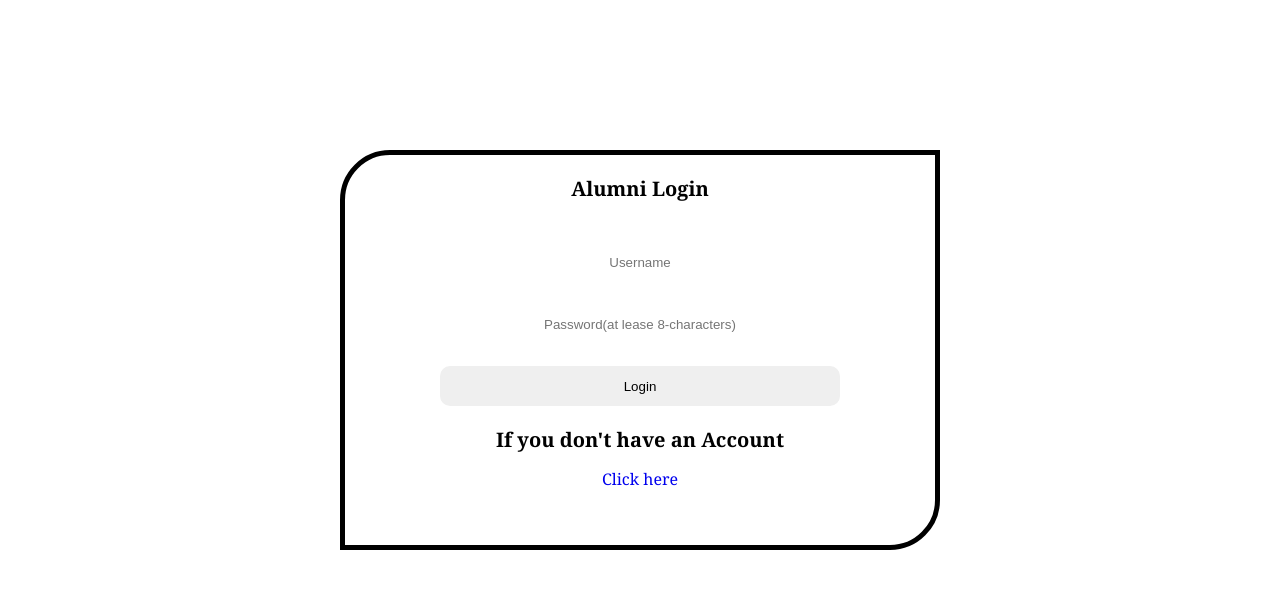
Repository: Shreyash1107/Web_Projects
Page: http://localhost/AlumnieventmanagementApplication/login.jsp
These files come from the project's save history. The page is drawn as it stood at one moment and after the next save; the edit follows.
The browser window is 1280 px wide. The pictures show the whole page.
The page is served by Tomcat 9. Nobody is signed in. The application's start-up code is not run. Other server files are loaded and not shown.

Above is the page before, as saved 2024-07-23 11:21:01.

### AlumnieventmanagementApplication/src/main/webapp/login.jsp
<%@ page language="java" contentType="text/html; charset=ISO-8859-1"
    pageEncoding="ISO-8859-1"%>
<!DOCTYPE html>
<html>
<head>
<meta charset="ISO-8859-1">
<title>Login Page</title>
<link rel='stylesheet' href='CSS/style.css'/>
</head>
<body>
	<center>
		<form name='frm' action='valid' method='GET'>
			<div class='wrapper'>
			<h4>Alumni Login</h4>
					<div class='box'>
						<input type='text' name='Username' value='' placeholder='Username'/></br></br>
						<input type='password' name='Passoword' value='' placeholder='Password(at lease 8-characters)'/></br></br>
						<input type='submit' name='sub' value='Login'/></br>
						<div class='Register'>
							<h4>If you don't have an Account</h4>
						</div>
						<div class='reference'>
							<a href='Register.jsp'>Click here</a>
						</div>
					</div>
			</div>
		</form>
	</center>
</body>
</html>

Loaded but not shown: AlumnieventmanagementApplication/src/main/webapp/CSS/style.css (common file)

After the next save:
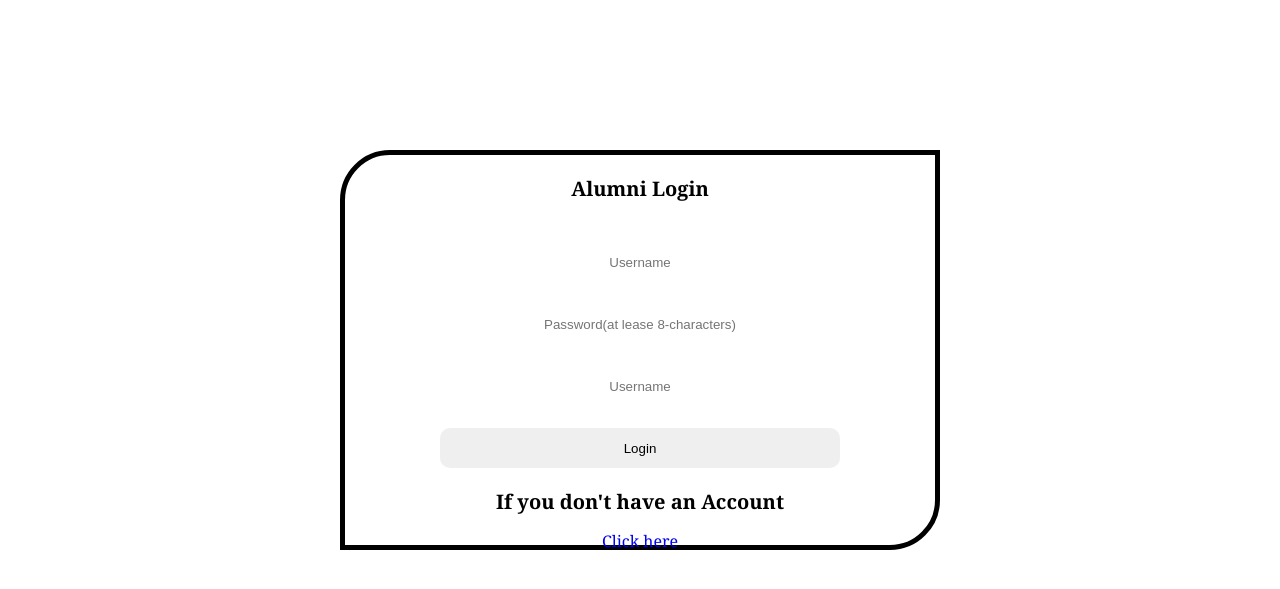
Saved 39 min 2 s later.
--- a/AlumnieventmanagementApplication/src/main/webapp/login.jsp
+++ b/AlumnieventmanagementApplication/src/main/webapp/login.jsp
@@ -15,6 +15,7 @@
 					<div class='box'>
 						<input type='text' name='Username' value='' placeholder='Username'/></br></br>
 						<input type='password' name='Passoword' value='' placeholder='Password(at lease 8-characters)'/></br></br>
+						<input type='text' name='Logintype' value='' placeholder='Username'/></br></br>
 						<input type='submit' name='sub' value='Login'/></br>
 						<div class='Register'>
 							<h4>If you don't have an Account</h4>
